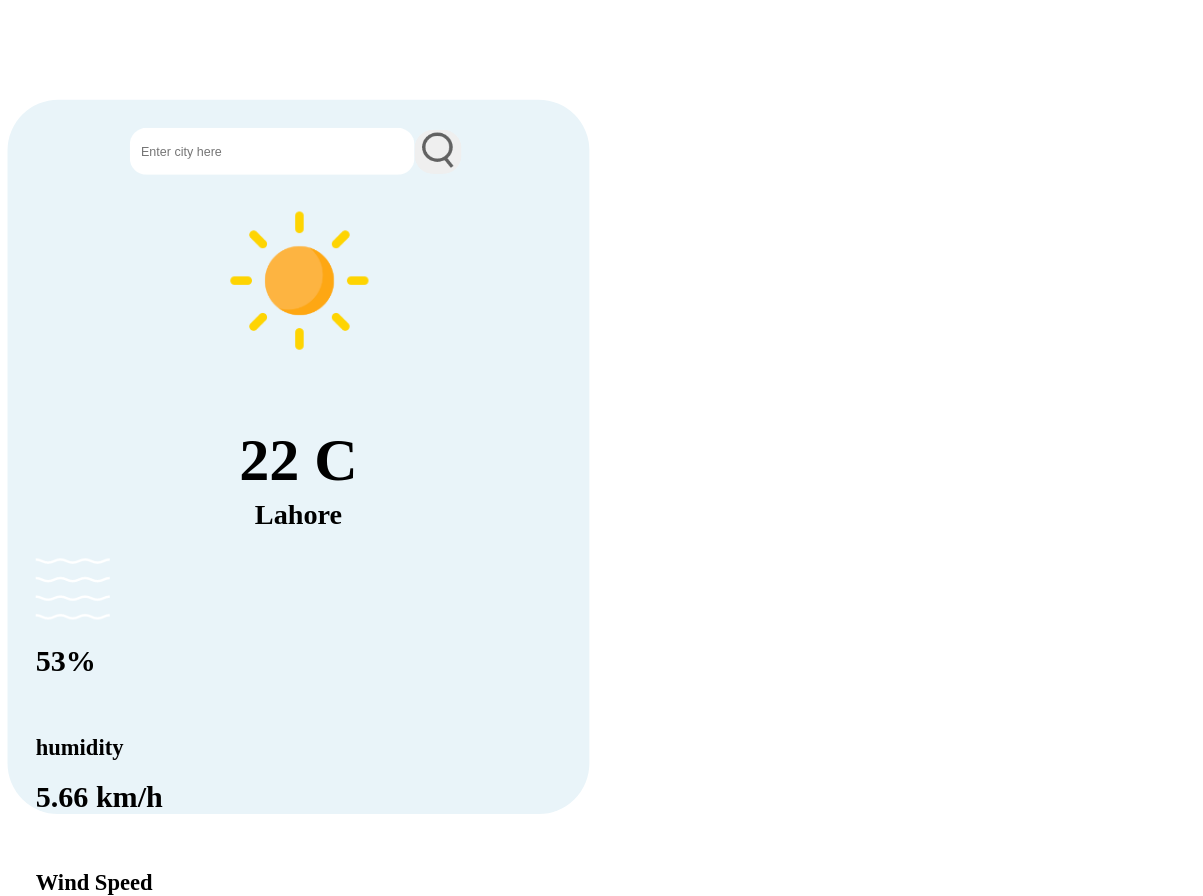
Repository: WajihaGul/Javascripts-Projects
Page: WEATHER APP/index.html
An editor plug-in stored every save of this project. The page is shown before and after the next save, followed by the edit.
The browser window is 1280 px wide. The pictures show the whole page, at 94% of full size.

Above is the page before, as saved 2024-06-07 16:03:13.
Not found: WEATHER APP/script.js

After the next save:
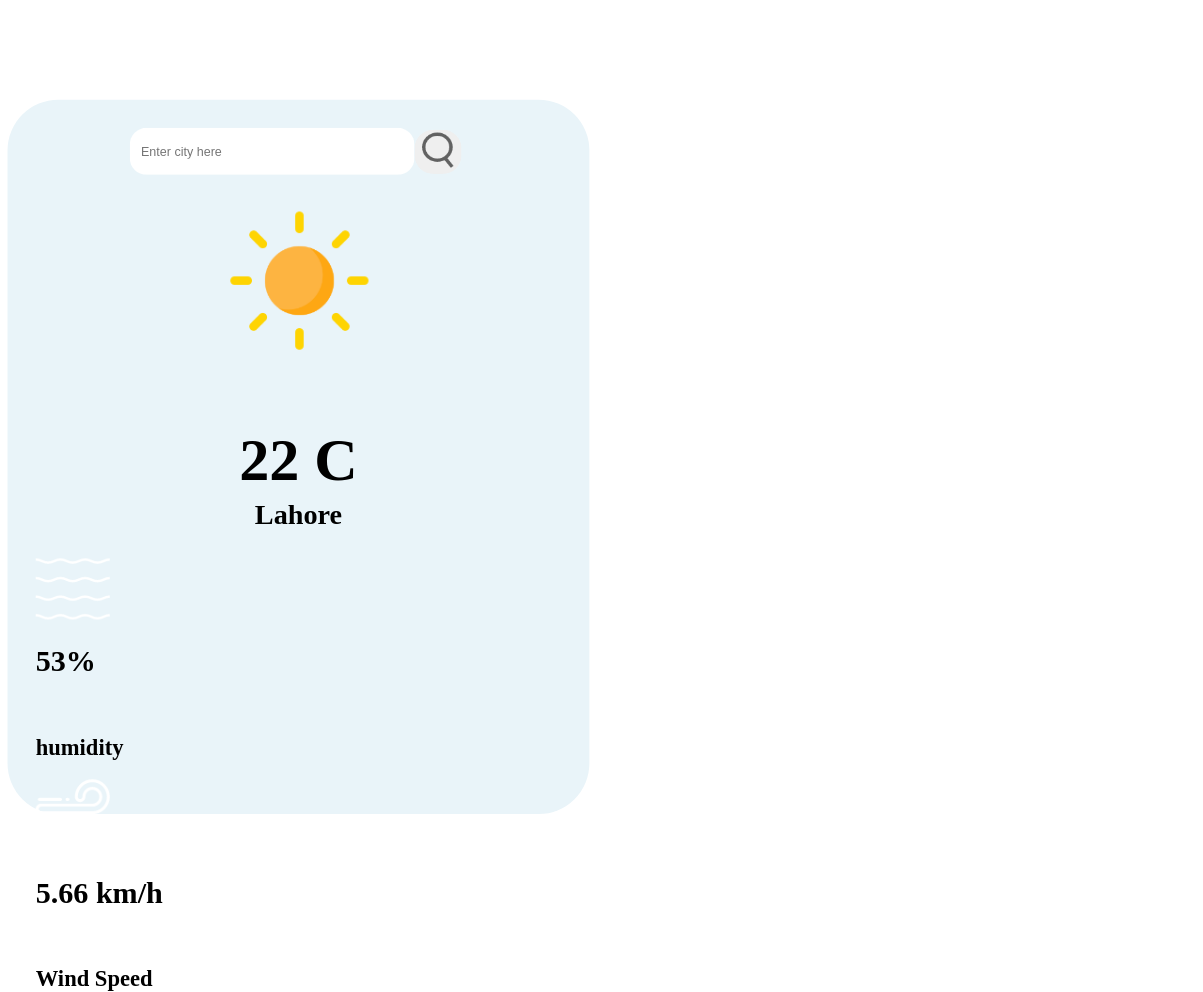
Saved 40 s later.
--- a/WEATHER APP/index.html
+++ b/WEATHER APP/index.html
@@ -33,6 +33,7 @@
                     <h2>humidity</h2>
                 </div>
                 <div class="windSpeed">
+                    <img src="./images/wind.png" alt="">
                     <h1>5.66 km/h</h1>
                     <br>
                     <h2>Wind Speed</h2>
